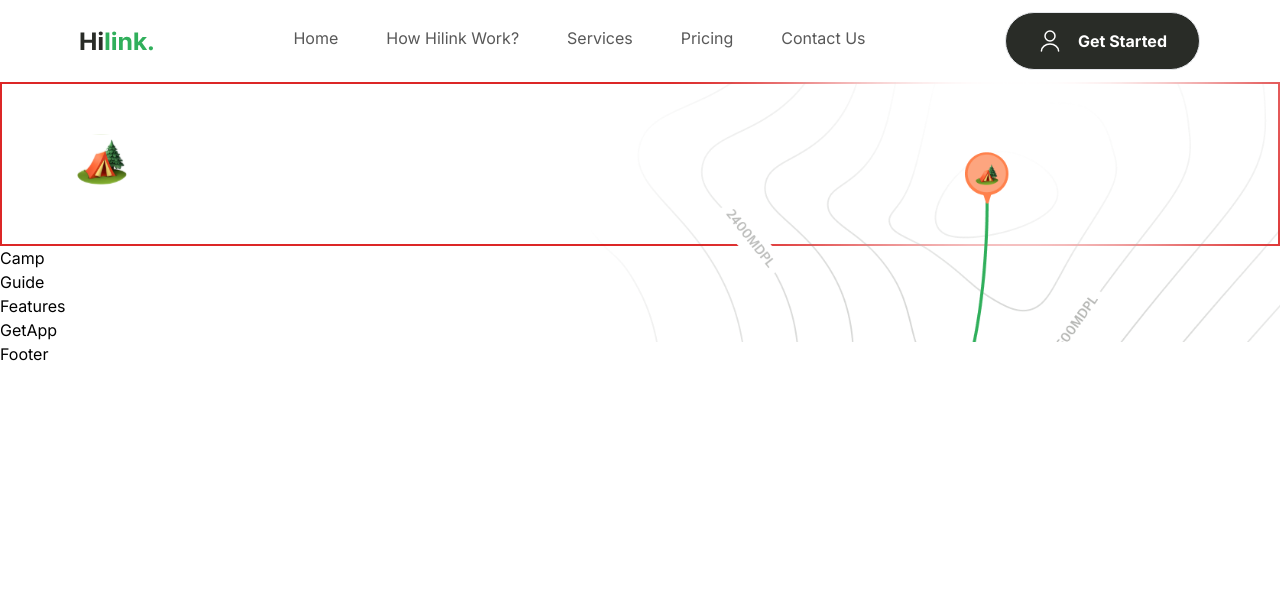
Repository: martin-raphael/travel_agency
Page: /
An editor plug-in stored every save of this project. The page is shown before and after the next save, followed by the edit.
The browser window is 1280 px wide. The pictures show the whole page.
The project was rebuilt for these pictures with package versions that can differ from the ones it lists, and the page was loaded fresh each time. The framework's server and built-in components were replaced by stand-ins that run in the browser. Also part of the build but not shown: next.config.mjs.

Above is the page before, as saved 2024-08-08 18:10:06.

After the next save:
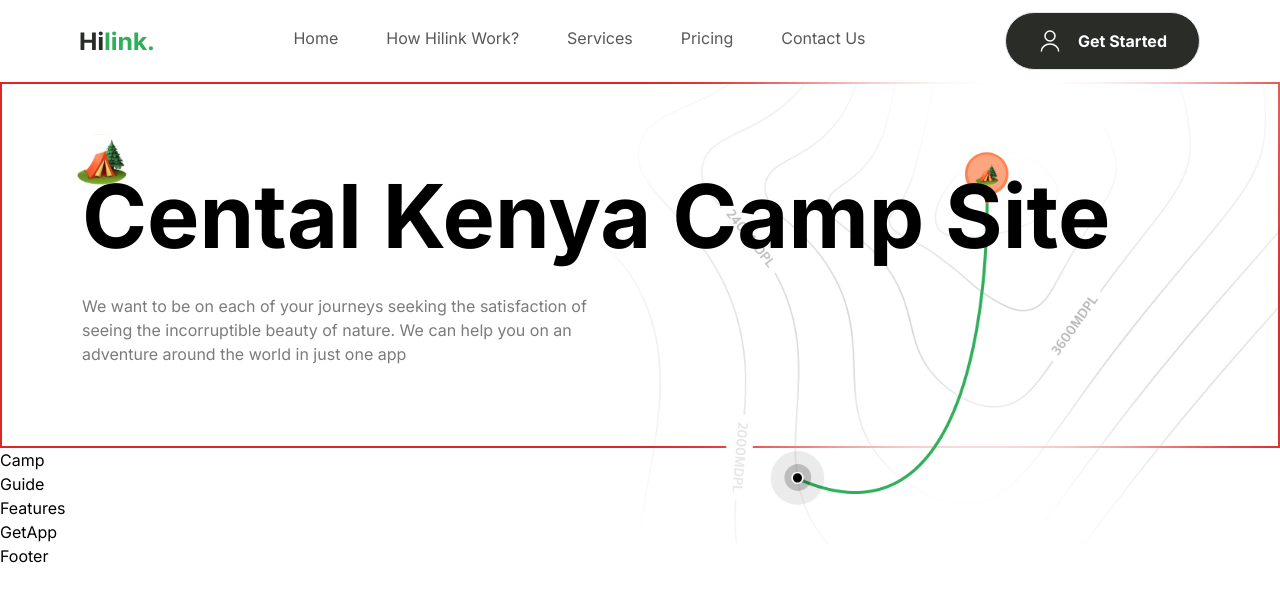
Saved 5 min 48 s later.
--- a/components/Hero.tsx
+++ b/components/Hero.tsx
@@ -3,16 +3,29 @@ import React from "react";
 
 const Hero = () => {
   return (
-    <section className=" max-container padding-container flex
+    <section
+      className=" max-container padding-container flex
     flex-col gap-20 lg:py-20 py-10 pb-32 md:gap-28 xl:flex-row
-    border-2 border-red-600">
-      <div className="hero-map"/>
+    border-2 border-red-600"
+    >
+      <div className="hero-map" />
 
       {/* LEFT SIDE-*/}
 
       <div className="relative z-20 flex flex-1 flex-col xl:w-1/2">
-      <Image src='/camp.svg' alt="camp" width={50} height={50} className="absolute left-[-5px] top-[-30px] w-10 lg:w-[50px]"/>
-
+        <Image
+          src="/camp.svg"
+          alt="camp"
+          width={50}
+          height={50}
+          className="absolute left-[-5px] top-[-30px] w-10 lg:w-[50px]"
+        />
+        <h1 className="bold-52 lg:bold-88"> Cental Kenya Camp Site</h1>
+        <p className="regular-16 mt-6 text-gray-30 xl:max-w-[520px]">
+          We want to be on each of your journeys seeking the satisfaction of
+          seeing the incorruptible beauty of nature. We can help you on an
+          adventure around the world in just one app
+        </p>
       </div>
     </section>
   );
